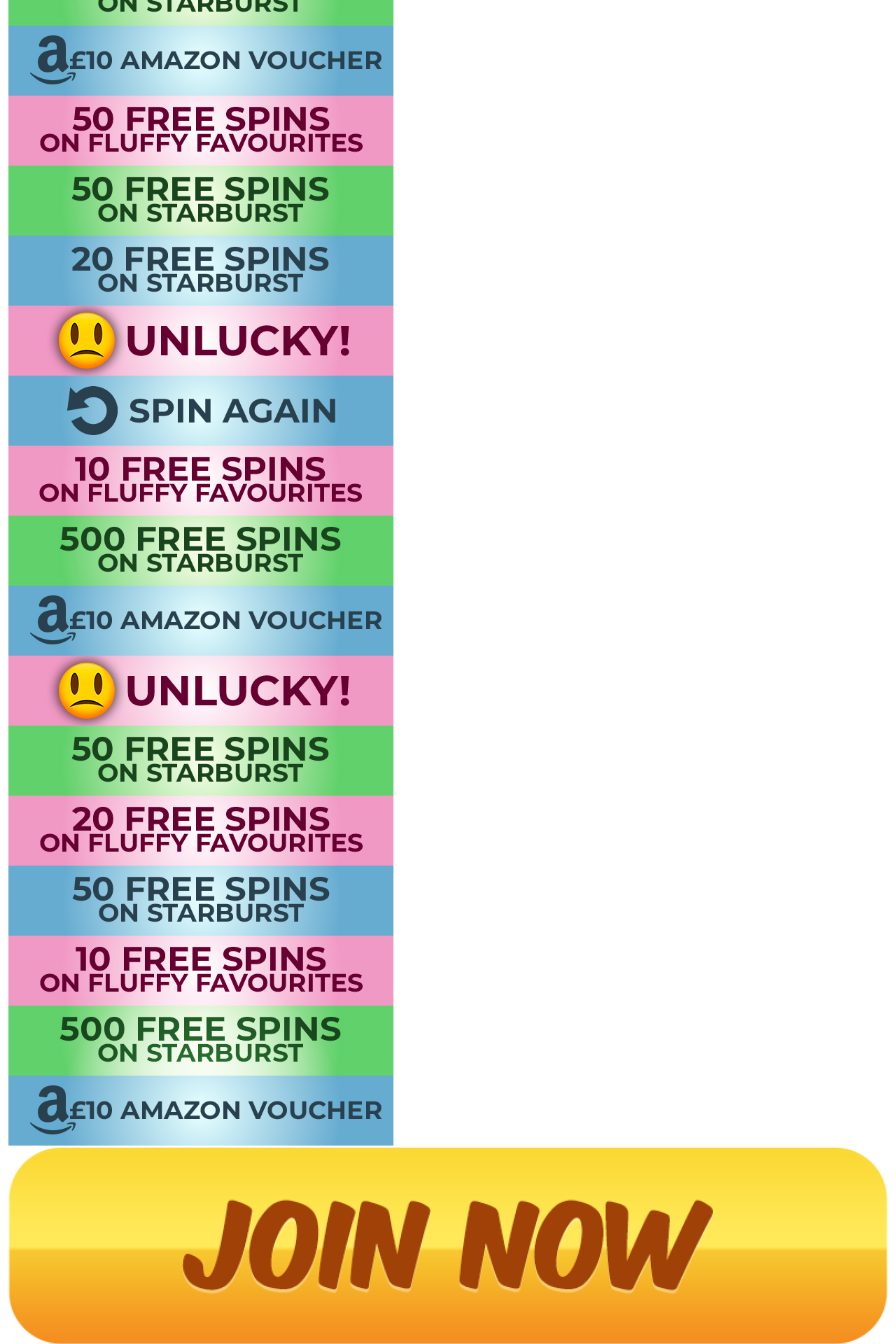
Repository: kligan/Animated_UI
Page: 15marketing/index.html
These files come from the project's save history. The page is drawn as it stood at one moment and after the next save; the edit follows.
The browser window is 1280 px wide. The pictures show the part of the page from y = 2832 to 4752 px (the page is 4752 px tall before and 4471 px after), at 70% of full size.

Above is the page before, as saved 2021-05-30 22:38:54.

### 15marketing/index.html
<!DOCTYPE html>
<html lang="en">
<head>
    <!-- Required meta tags -->
    <meta charset="utf-8">
    <meta name="viewport" content="width=device-width, initial-scale=1">

    <!-- Bootstrap CSS -->
<!--    <link href="https://cdn.jsdelivr.net/npm/bootstrap@5.0.1/dist/css/bootstrap.min.css" rel="stylesheet" integrity="sha384-+0n0xVW2eSR5OomGNYDnhzAbDsOXxcvSN1TPprVMTNDbiYZCxYbOOl7+AMvyTG2x" crossorigin="anonymous">-->
    <link href="./sass/style.css" rel="stylesheet">
    <link href="./sass/index.css" rel="stylesheet">
    <!-- <link rel="stylesheet" href="../node_modules/bootstrap/dist/css/bootstrap.css"> -->

    <title>15 Marketing</title>
</head>
<body>
<div class="container-fluid">
    <div class="row background">
            <div class="col">
                <div class="row content">
                    <div class="col">
                        <div class="row logo">
                            <img src="./assets/logo.png">
                        </div>
                        <div class="row">
                            <div class="col">
                                <img src="./assets/main-offer_text.png">
                            </div>
                            <div class="col">
                                <img src="./assets/main-offer_reel.png">
                                <div class="slot first">
                                    <div class="slot-inner">
                                      <div class="panel"><img src="./assets/Animated Reel Assets/spin-machine_prizes.jpg"></div>
                                      <!-- <div class="panel"><img src="./assets/Animated Reel Assets/spin-machine_prizes.jpg"></div>
                                      <div class="panel"><img src="./assets/Animated Reel Assets/spin-machine_prizes.jpg"></div>
                                      <div class="panel"><img src="./assets/Animated Reel Assets/spin-machine_prizes.jpg"></div>
                                      <div class="panel"><img src="./assets/Animated Reel Assets/spin-machine_prizes.jpg"></div>
                                      <div class="panel"><img src="./assets/Animated Reel Assets/spin-machine_prizes.jpg"></div>
                                      <div class="panel"><img src="./assets/Animated Reel Assets/spin-machine_prizes.jpg"></div>
                                      <div class="panel"><img src="./assets/Animated Reel Assets/spin-machine_prizes.jpg"></div>
                                      <div class="panel"><img src="./assets/Animated Reel Assets/spin-machine_prizes.jpg"></div>
                                      <div class="panel"><img src="./assets/Animated Reel Assets/spin-machine_prizes.jpg"></div>
                                      <div class="panel"><img src="./assets/Animated Reel Assets/spin-machine_prizes.jpg"></div>
                                      <div class="panel"><img src="./assets/Animated Reel Assets/spin-machine_prizes.jpg"></div>
                                      <div class="panel"><img src="./assets/Animated Reel Assets/spin-machine_prizes.jpg"></div>
                                      <div class="panel"><img src="./assets/Animated Reel Assets/spin-machine_prizes.jpg"></div>
                                      <div class="panel"><img src="./assets/Animated Reel Assets/spin-machine_prizes.jpg"></div>
                                      <div class="panel"><img src="./assets/Animated Reel Assets/spin-machine_prizes.jpg"></div> -->
                                    </div>
                                  </div>

                            </div>
                        </div>
                        <div class="row">
                            <img src="./assets/join-now.png">
                        </div>
                    </div>
                </div>
                <div class="row footer"></div>
            </div>
    </div>
</div>
<!-- Optional JavaScript; choose one of the two! -->

<!-- Option 1: Bootstrap Bundle with Popper -->
<script src="https://cdn.jsdelivr.net/npm/bootstrap@5.0.1/dist/js/bootstrap.bundle.min.js" integrity="sha384-gtEjrD/SeCtmISkJkNUaaKMoLD0//ElJ19smozuHV6z3Iehds+3Ulb9Bn9Plx0x4" crossorigin="anonymous"></script>

<!-- Option 2: Separate Popper and Bootstrap JS -->
<!--
<script src="https://cdn.jsdelivr.net/npm/@popperjs/core@2.9.2/dist/umd/popper.min.js" integrity="sha384-IQsoLXl5PILFhosVNubq5LC7Qb9DXgDA9i+tQ8Zj3iwWAwPtgFTxbJ8NT4GN1R8p" crossorigin="anonymous"></script>
<script src="https://cdn.jsdelivr.net/npm/bootstrap@5.0.1/dist/js/bootstrap.min.js" integrity="sha384-Atwg2Pkwv9vp0ygtn1JAojH0nYbwNJLPhwyoVbhoPwBhjQPR5VtM2+xf0Uwh9KtT" crossorigin="anonymous"></script>
-->
</body>
</html>

### 15marketing/sass/index.css
*, *:before, *:after{
    box-sizing: border-box;
 }

 html, body, div, span, object, iframe, figure, h1, h2, h3, h4, h5, h6, p, blockquote, pre, a, code, em, img, small, strike, strong, sub, sup, tt, b, u, i, ol, ul, li, fieldset, form, label, table, caption, tbody, tfoot, thead, tr, th, td, main, canvas, embed, footer, header, nav, section, video{
    margin: 0;
    padding: 0;
    border: 0;
    font-size: 100%;
    font: inherit;
    vertical-align: baseline;
    text-rendering: optimizeLegibility;
    -webkit-font-smoothing: antialiased;
    text-size-adjust: none;
 }

 footer, header, nav, section, main{
    display: block;
 }

 body{
    line-height: 1;
 }

 ol, ul{
    list-style: none;
 }

 blockquote, q{
    quotes: none;
 }

 blockquote:before, blockquote:after, q:before, q:after{
    content: '';
    content: none;
 }

 table{
    border-collapse: collapse;
    border-spacing: 0;
 }

 input{
    -webkit-appearance: none;
    border-radius: 0;
 }

Loaded but not shown: 15marketing/sass/style.css (library)

After the next save:
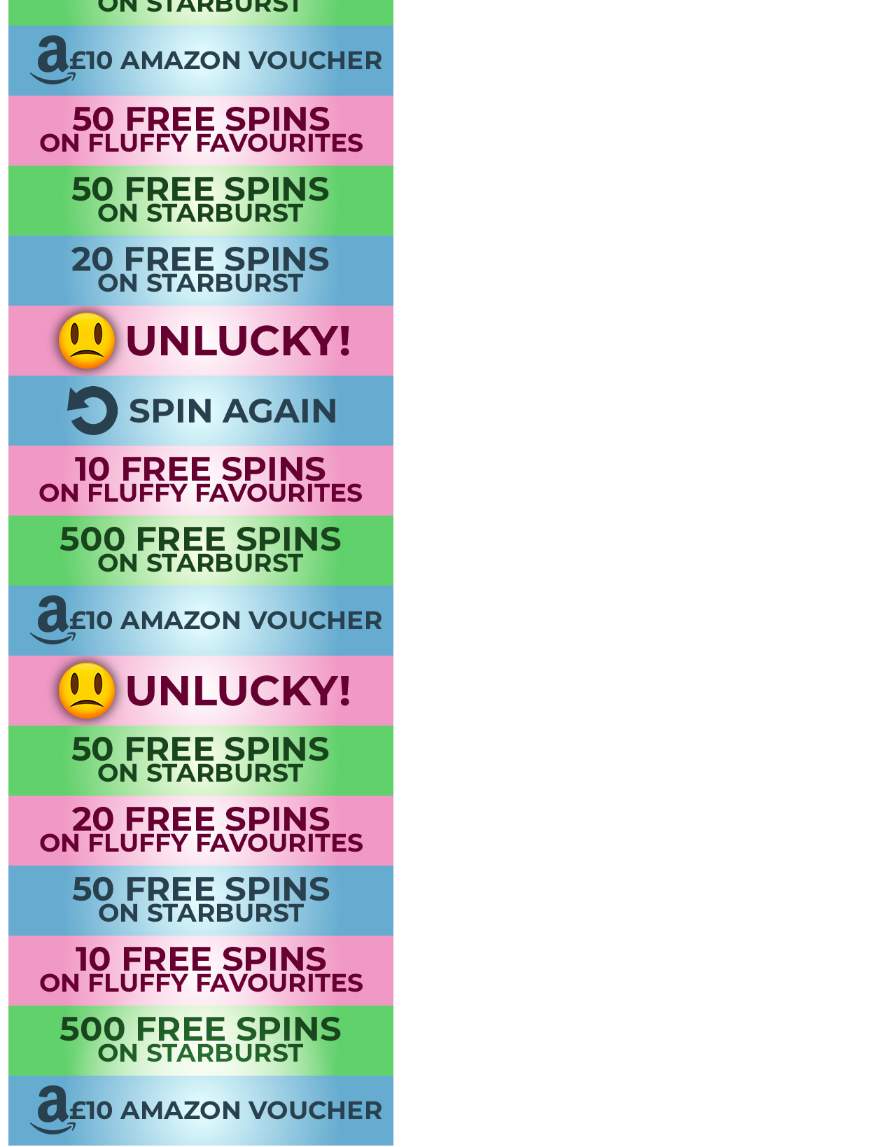
Saved 17 s later.
--- a/15marketing/index.html
+++ b/15marketing/index.html
@@ -52,7 +52,7 @@
                             </div>
                         </div>
                         <div class="row">
-                            <img src="./assets/join-now.png">
+                            <!-- <img src="./assets/join-now.png"> -->
                         </div>
                     </div>
                 </div>
